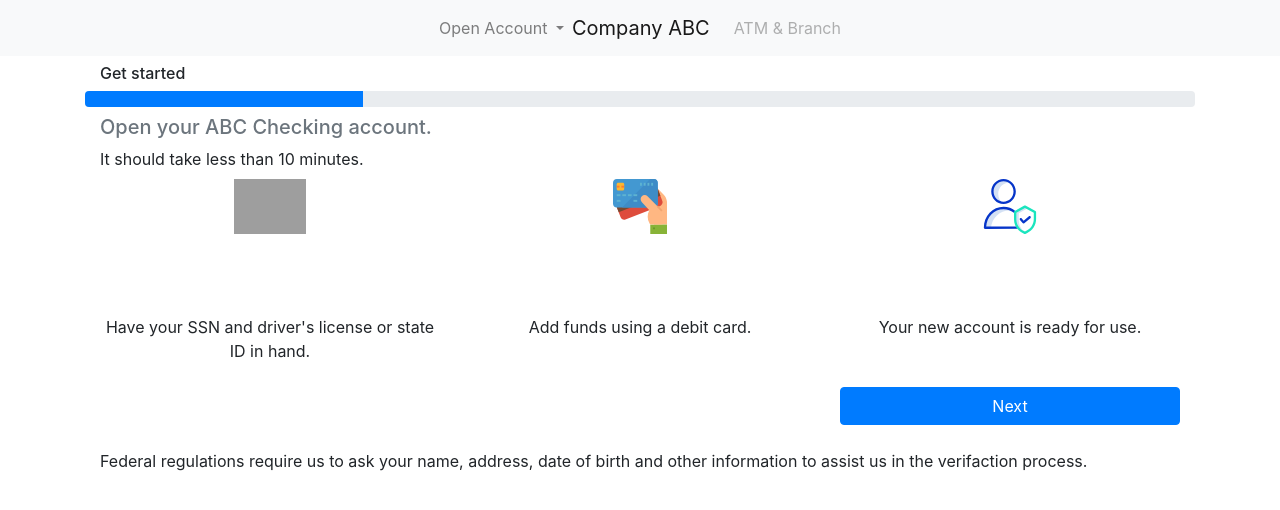
Repository: barriosan95/banking-opening-account-demo
Page: http://localhost/checking/application
The author's editor kept a record of every edit. The page is drawn from the files as they stood at one moment, then again after the next edit.
The browser window is 1280 px wide. The pictures show the whole page.
Pictures or frames that could not be fetched are drawn as grey boxes. Some web fonts or font styles are not loaded; a fallback is used. Some web libraries are served in a nearby version. The page is served by the project's Node server (index.js).

Above is the page before.

### views/checking_app.ejs
<% include ./partials/header %>
    <div class ="container">
        <div class ="container mt-2">
            <h6 class="mb-0"> Get started<h6>
        </div>
        <div class="progress">
            <div class="progress-bar" role="progressbar" style="width: 25%" aria-valuenow="25" aria-valuemin="0" aria-valuemax="100"></div>
        </div>
        <div class ="container mt-2 mb-2 text-muted">
            <h5> Open your ABC Checking account.</h5>
        </div>
        <div class ="container">
            <label> It should take less than 10 minutes.</label>
            <div class ="row">
                <div class ="col-md-4 d-flex flex-column align-items-center">
                    <img class=" app-img img-fluid" src="/icons/identification.svg">
                </div>
                <div class ="col-md-4 d-flex flex-column align-items-center">
                    <img class="app-img img-fluid" src="/icons/debit-card.svg">
                </div>
                <div class ="col-md-4 d-flex flex-column align-items-center">
                    <img class="app-img img-fluid" src="/icons/user.svg">
                </div>
            </div>
            <div class ="row">
                <div class ="col-md-4 text-center">
                    <p>Have your SSN and driver's license or state ID in hand.</p>
                </div>
                <div class ="col-md-4 text-center">
                    <p>Add funds using a debit card. </p>
                </div>
                <div class ="col-md-4 text-center">
                    <p>Your new account is ready for use.</p>
                </div>
            </div>
            <div class ="row">
                <div class="col-md-4 ml-auto">
                    <a href="/checking/application" > <button class="btn btn-primary btn-block mt-2">Next</button></a>
                </div>
            </div>
        </div>
        <div class="container mt-4">
            <p> Federal regulations require us to ask your name, address, date of birth and other information to assist us in the verifaction process.</p>
        </div>
    </div>
<% include ./partials/footer %>

### views/partials/header.ejs
<!DOCTYPE HTML!>
<html>

    <head>


        <!--CDN Bootstrap v4.1.3-->
        <link rel="stylesheet" href="https://stackpath.bootstrapcdn.com/bootstrap/4.1.3/css/bootstrap.min.css">
        <link rel="stylesheet" href="https://cdnjs.cloudflare.com/ajax/libs/font-awesome/4.7.0/css/font-awesome.min.css">

        <!--Ref stylesheets -->
        <link rel= "stylesheet" type="text/css" href="/styles/app.css">


        <!--font -->
        <link href="https://fonts.googleapis.com/css?family=Muli:200,300,400,700,800" rel="stylesheet">


        <!--Will ensure proper responsivness on mobile devices-->
        <meta name="viewport" content="width=device-width, initial-scale=1, shrink-to-fit=no">

        <title> Banking OA Demo </title>

        <meta name="viewport" content="width=device-width, initial-scale=1, maximum-scale=1, user-scalable=no">

    </head>

    <body>

    <!--NAVBAR-->
        <nav class="navbar navbar-expand-lg navbar-light bg-light">
            <button class="navbar-toggler" type="button" data-toggle="collapse" data-target="#navbarNavDropdown" aria-controls="navbarNavDropdown" aria-expanded="false" aria-label="Toggle navigation">
                <span class="navbar-toggler-icon"></span>
            </button>

            <div class="collapse navbar-collapse" id="navbarNavDropdown">
                <ul class="navbar-nav mx-auto">
                    <li class="nav-item dropdown">
                        <a class="nav-link dropdown-toggle" href="#" id="navbarDropdown" role="button" data-toggle="dropdown">
                            Open Account
                        </a>
                        <div class="dropdown-menu" aria-labelledby="navbarDropdown">
                          <a class="dropdown-item" href="/checking">Checking Accounts</a>
                          <div class="dropdown-divider"></div>
                          <a class="dropdown-item" href="/savings">Savings Accounts </a>
                          <div class="dropdown-divider"></div>
                          <a class="dropdown-item" href="#">Money Market Accounts</a>
                          <div class="dropdown-divider"></div>
                          <a class="dropdown-item" href="#">CD and IRA's</a>

                        </div>
                    </li>
                    <a class="navbar-brand" href="/"> Company ABC </a>
                     <li class="nav-item">
                        <a class="nav-link disabled" href="#">ATM & Branch</a>
                     </li>
                </ul>
            </div>
        </nav>

### views/partials/footer.ejs

        <!--Bootstrap js scripts-->
        <script src="https://code.jquery.com/jquery-3.3.1.min.js" integrity="sha256-FgpCb/KJQlLNfOu91ta32o/NMZxltwRo8QtmkMRdAu8="crossorigin="anonymous"></script>
        <script src="https://cdnjs.cloudflare.com/ajax/libs/popper.js/1.12.9/umd/popper.min.js" integrity="sha384-ApNbgh9B+Y1QKtv3Rn7W3mgPxhU9K/ScQsAP7hUibX39j7fakFPskvXusvfa0b4Q" crossorigin="anonymous"></script>
        <script src="https://maxcdn.bootstrapcdn.com/bootstrap/4.0.0/js/bootstrap.min.js" integrity="sha384-JZR6Spejh4U02d8jOt6vLEHfe/JQGiRRSQQxSfFWpi1MquVdAyjUar5+76PVCmYl" crossorigin="anonymous"></script>
        <!--JS SCIPTs -->

        <script src="/js/forms.js"></script>
        <script src="https://cdn.jsdelivr.net/npm/jquerykeyframes@1.0.5/dist/jquery.keyframes.min.js"></script>

    </body>
</html>

### index.js
const express = require('express');


const mainRoutes = require('./routes/main');

//APP CONFIGURATIONS
var app = express();
    app.set('view engine','ejs');
    app.use(express.static("public"));
    app.use(mainRoutes);





app.listen(process.env.PORT,process.env.IP,function(){
    console.log('Server established.');
});

### routes/main.js
const express = require('express');

const router = express.Router();

router.get("/", function(req,res){
    res.render('main');
});

router.get("/checking",function(req,res){
    res.render('checking');
});

router.get("/savings",function(req,res){
    res.render('savings');
});

router.get("/checking/application",function(req,res){
   res.render('checking_app');
});

router.get("/checking/application/customerInfo",function(req,res){
   res.render('info_app');
});


module.exports = router;

### public/styles/app.css
.app-img{
    max-height: 40%;
    max-width: 40%;
}

### public/icons/debit-card.svg
<svg xmlns="http://www.w3.org/2000/svg" height="591pt" version="1.1" viewBox="0 0 591.60405 591" width="591pt">
<g id="surface1">
<path d="M 555.878906 168.519531 L 449.105469 61.542969 L 449.105469 490.230469 L 592 490.230469 L 592 255.378906 C 592 222.769531 578.996094 191.507812 555.878906 168.519531 Z M 555.878906 168.519531 " style=" stroke:none;fill-rule:nonzero;fill:rgb(100%,71.764706%,50.980392%);fill-opacity:1;" />
<path d="M 83.457031 412.117188 L 2.738281 202.570312 C -5.363281 181.535156 5.117188 157.90625 26.164062 149.800781 L 407.15625 3.046875 C 428.191406 -5.054688 451.820312 5.425781 459.921875 26.472656 L 540.640625 236.019531 C 548.742188 257.054688 538.261719 280.683594 517.214844 288.789062 L 136.234375 435.542969 C 115.1875 443.644531 91.570312 433.152344 83.457031 412.117188 Z M 83.457031 412.117188 " style=" stroke:none;fill-rule:nonzero;fill:rgb(87.058824%,29.803922%,23.529412%);fill-opacity:1;" />
<path d="M 489.011719 101.960938 L 32.195312 279.03125 L 62.613281 357.992188 L 519.449219 181.003906 Z M 489.011719 101.960938 " style=" stroke:none;fill-rule:nonzero;fill:rgb(47.843137%,28.627451%,18.823529%);fill-opacity:1;" />
<path d="M 0.00390625 265.679688 L 0.00390625 41.128906 C 0.00390625 18.582031 18.285156 0.300781 40.832031 0.300781 L 449.105469 0.300781 C 471.652344 0.300781 489.933594 18.582031 489.933594 41.128906 L 489.933594 265.679688 C 489.933594 288.226562 471.652344 306.507812 449.105469 306.507812 L 40.832031 306.507812 C 18.285156 306.507812 0.00390625 288.226562 0.00390625 265.679688 Z M 0.00390625 265.679688 " style=" stroke:none;fill-rule:nonzero;fill:rgb(26.27451%,59.607843%,81.960784%);fill-opacity:1;" />
<path d="M 449.105469 0.300781 L 405.726562 0.300781 L 99.519531 306.507812 L 449.105469 306.507812 C 471.652344 306.507812 489.933594 288.226562 489.933594 265.679688 L 489.933594 41.128906 C 489.933594 18.582031 471.652344 0.300781 449.105469 0.300781 Z M 449.105469 0.300781 " style=" stroke:none;fill-rule:nonzero;fill:rgb(24.313725%,54.901961%,78.039216%);fill-opacity:1;" />
<path d="M 40.832031 163.609375 L 81.660156 163.609375 L 81.660156 184.023438 L 40.832031 184.023438 Z M 40.832031 163.609375 " style=" stroke:none;fill-rule:nonzero;fill:rgb(36.862745%,70.196078%,81.960784%);fill-opacity:1;" />
<path d="M 40.832031 224.851562 L 81.660156 224.851562 L 81.660156 245.265625 L 40.832031 245.265625 Z M 40.832031 224.851562 " style=" stroke:none;fill-rule:nonzero;fill:rgb(36.862745%,70.196078%,81.960784%);fill-opacity:1;" />
<path d="M 224.554688 224.851562 L 265.382812 224.851562 L 265.382812 245.265625 L 224.554688 245.265625 Z M 224.554688 224.851562 " style=" stroke:none;fill-rule:nonzero;fill:rgb(36.862745%,70.196078%,81.960784%);fill-opacity:1;" />
<path d="M 102.074219 163.609375 L 142.898438 163.609375 L 142.898438 184.023438 L 102.074219 184.023438 Z M 102.074219 163.609375 " style=" stroke:none;fill-rule:nonzero;fill:rgb(36.862745%,70.196078%,81.960784%);fill-opacity:1;" />
<path d="M 163.3125 163.609375 L 204.140625 163.609375 L 204.140625 184.023438 L 163.3125 184.023438 Z M 163.3125 163.609375 " style=" stroke:none;fill-rule:nonzero;fill:rgb(36.862745%,70.196078%,81.960784%);fill-opacity:1;" />
<path d="M 224.554688 163.609375 L 265.382812 163.609375 L 265.382812 184.023438 L 224.554688 184.023438 Z M 224.554688 163.609375 " style=" stroke:none;fill-rule:nonzero;fill:rgb(36.862745%,70.196078%,81.960784%);fill-opacity:1;" />
<path d="M 418.484375 41.128906 L 438.898438 41.128906 L 438.898438 71.75 L 418.484375 71.75 Z M 418.484375 41.128906 " style=" stroke:none;fill-rule:nonzero;fill:rgb(36.862745%,70.196078%,81.960784%);fill-opacity:1;" />
<path d="M 377.65625 41.128906 L 398.070312 41.128906 L 398.070312 71.75 L 377.65625 71.75 Z M 377.65625 41.128906 " style=" stroke:none;fill-rule:nonzero;fill:rgb(36.862745%,70.196078%,81.960784%);fill-opacity:1;" />
<path d="M 336.828125 41.128906 L 357.242188 41.128906 L 357.242188 71.75 L 336.828125 71.75 Z M 336.828125 41.128906 " style=" stroke:none;fill-rule:nonzero;fill:rgb(36.862745%,70.196078%,81.960784%);fill-opacity:1;" />
<path d="M 296.003906 41.128906 L 316.414062 41.128906 L 316.414062 71.75 L 296.003906 71.75 Z M 296.003906 41.128906 " style=" stroke:none;fill-rule:nonzero;fill:rgb(36.862745%,70.196078%,81.960784%);fill-opacity:1;" />
<path d="M 408.277344 490.230469 L 592 490.230469 L 592 592.296875 L 408.277344 592.296875 Z M 408.277344 490.230469 " style=" stroke:none;fill-rule:nonzero;fill:rgb(53.333333%,70.196078%,21.568627%);fill-opacity:1;" />
<path d="M 378.320312 184.6875 C 361.007812 167.4375 332.992188 167.488281 315.742188 184.800781 C 299.0625 201.539062 298.484375 228.433594 314.425781 245.878906 L 398.070312 337.128906 C 372.929688 381.128906 374.003906 435.386719 400.855469 478.359375 L 408.277344 490.230469 L 540.964844 490.230469 L 540.964844 347.335938 Z M 378.320312 184.6875 " style=" stroke:none;fill-rule:nonzero;fill:rgb(100%,71.764706%,50.980392%);fill-opacity:1;" />
<path d="M 438.898438 520.851562 L 459.3125 520.851562 L 459.3125 541.265625 L 438.898438 541.265625 Z M 438.898438 520.851562 " style=" stroke:none;fill-rule:nonzero;fill:rgb(41.960784%,58.823529%,16.470588%);fill-opacity:1;" />
<path d="M 40.832031 106.453125 L 40.832031 57.460938 C 40.832031 48.4375 48.140625 41.128906 57.164062 41.128906 L 106.15625 41.128906 C 115.179688 41.128906 122.484375 48.4375 122.484375 57.460938 L 122.484375 106.453125 C 122.484375 115.476562 115.179688 122.785156 106.15625 122.785156 L 57.164062 122.785156 C 48.140625 122.785156 40.832031 115.476562 40.832031 106.453125 Z M 40.832031 106.453125 " style=" stroke:none;fill-rule:nonzero;fill:rgb(99.215686%,71.372549%,18.431373%);fill-opacity:1;" />
<path d="M 40.832031 71.75 L 71.453125 71.75 L 71.453125 92.164062 L 40.832031 92.164062 Z M 40.832031 71.75 " style=" stroke:none;fill-rule:nonzero;fill:rgb(99.215686%,48.235294%,18.431373%);fill-opacity:1;" />
<path d="M 91.867188 71.75 L 122.484375 71.75 L 122.484375 92.164062 L 91.867188 92.164062 Z M 91.867188 71.75 " style=" stroke:none;fill-rule:nonzero;fill:rgb(99.215686%,48.235294%,18.431373%);fill-opacity:1;" />
<path d="M 530.757812 347.335938 C 528.054688 347.335938 525.453125 346.261719 523.542969 344.34375 L 482.714844 303.515625 C 478.796875 299.464844 478.910156 293.003906 482.972656 289.082031 C 486.933594 285.265625 493.199219 285.265625 497.148438 289.082031 L 537.976562 329.910156 C 541.957031 333.902344 541.957031 340.363281 537.976562 344.34375 C 536.054688 346.261719 533.464844 347.335938 530.757812 347.335938 Z M 530.757812 347.335938 " style=" stroke:none;fill-rule:nonzero;fill:rgb(94.901961%,64.313725%,43.529412%);fill-opacity:1;" />
</g>
</svg>

### public/icons/user.svg
<svg height="464pt" viewBox="-7 0 464 464.20294" width="464pt" xmlns="http://www.w3.org/2000/svg"><g fill="#d4e1f4"><path d="m300.402344 348.398438v-60l76.898437-42.097657-24-12.800781-83.800781 45.898438v60c.027344 47.632812 28.25 90.734374 71.902344 109.800781l11.597656 5.101562 6.402344-2.800781c-36.511719-21.519531-58.941406-60.71875-59-103.101562zm0 0"/><path d="m123.703125 125.699219c0-52.851563 42.84375-95.699219 95.699219-95.699219 3.097656 0 6.097656.199219 9.097656.398438-32.085938-25.167969-76.59375-27.246094-110.886719-5.171876-34.289062 22.074219-50.832031 63.449219-41.207031 103.078126 9.625 39.628906 43.300781 68.808593 83.894531 72.695312-23.109375-18.152344-36.605469-45.914062-36.597656-75.300781zm0 0"/><path d="m219.300781 265.199219c11.292969-.007813 22.554688 1.164062 33.601563 3.5-25.121094-15.5-54.085938-23.640625-83.601563-23.5-88.097656.199219-159.398437 70.5-159.199219 166.199219l51-.097657c9.101563-85.300781 76.398438-145.902343 158.199219-146.101562zm0 0"/></g><path d="m169.402344 211.398438c58.375 0 105.699218-47.320313 105.699218-105.699219 0-58.375-47.324218-105.699219-105.699218-105.699219s-105.699219 47.324219-105.699219 105.699219c.054687 58.355469 47.34375 105.644531 105.699219 105.699219zm0-191.398438c47.332031 0 85.699218 38.371094 85.699218 85.699219 0 47.332031-38.367187 85.699219-85.699218 85.699219-47.332032 0-85.699219-38.367188-85.699219-85.699219.054687-47.308594 38.390625-85.644531 85.699219-85.699219zm0 0" fill="#0635c9"/><path d="m20.402344 401.300781c2.097656-39.300781 17.398437-75.199219 43.398437-101.902343 27.699219-28.5 65.199219-44.199219 105.5-44.199219h.300781c33.378907-.191407 65.828126 10.988281 92 31.699219 1.5 1.203124 3 2.5 4.5 3.703124l13-15.101562c-1.699218-1.5-3.398437-2.898438-5.101562-4.300781-29.796875-23.699219-66-36.097657-104.699219-36.097657-45.800781.097657-88.300781 17.898438-119.800781 50.296876-32 32.800781-49.5 77.5-49.398438 126 .015626 5.519531 4.484376 9.984374 10 10l281-.5v-20zm0 0" fill="#0635c9"/><path d="m387.5 315.199219-45.199219 36.800781-16.300781-19.101562c-3.589844-4.195313-9.902344-4.6875-14.097656-1.097657-4.199219 3.589844-4.691406 9.902344-1.101563 14.097657l22.699219 26.5c1.910156 2.214843 4.679688 3.492187 7.601562 3.5 2.292969.019531 4.519532-.757813 6.300782-2.199219l52.800781-42.898438c4.289063-3.511719 4.925781-9.832031 1.425781-14.132812-3.5-4.296875-9.816406-4.957031-14.128906-1.46875zm0 0" fill="#0635c9"/><path d="m444.101562 270.5-86.199218-45.898438c-2.96875-1.621093-6.566406-1.582031-9.5.097657l-83.800782 45.902343c-3.207031 1.765626-5.199218 5.136719-5.199218 8.796876v60c.058594 51.585937 30.628906 98.25 77.898437 118.902343l11.601563 5.097657c1.257812.5625 2.625.835937 4 .800781 1.371094-.023438 2.726562-.292969 4-.800781l13.097656-5.699219c48.132812-20.191407 79.4375-67.304688 79.402344-119.5v-58.800781c.003906-3.714844-2.03125-7.132813-5.300782-8.898438zm-14.699218 67.699219c.019531 44.191406-26.523438 84.066406-67.300782 101.101562h-.101562l-9.097656 3.898438-7.601563-3.300781c-39.992187-17.472657-65.855469-56.953126-65.898437-100.597657v-54.101562l73.898437-40.5 76.101563 40.601562zm0 0" fill="#1ae5be"/></svg>

Loaded but not shown: public/js/forms.js (no copy from this time; the picture is the same without it)

After the next edit:
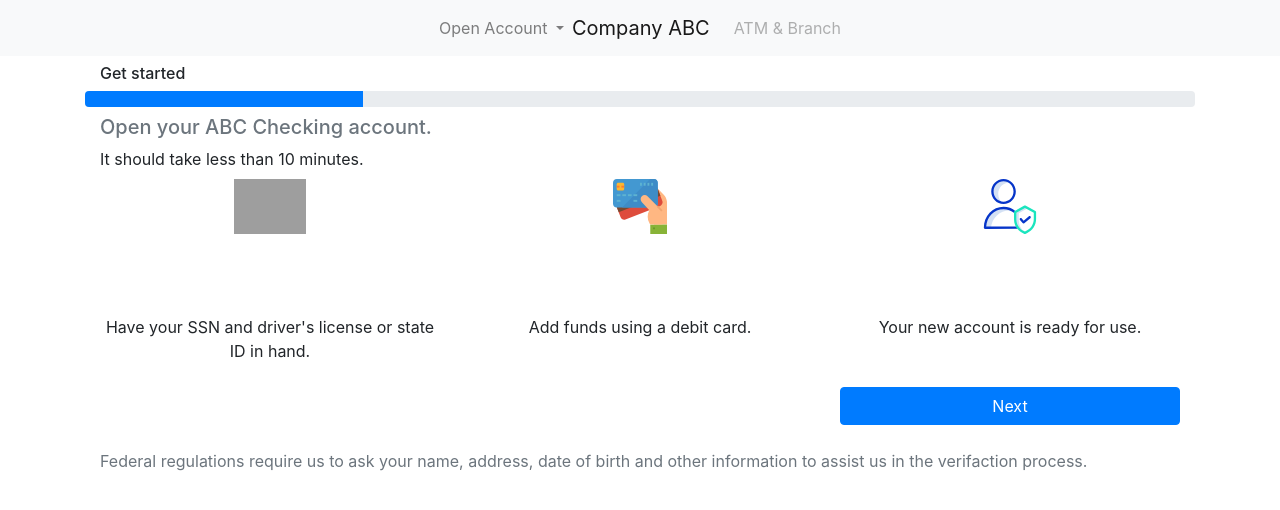
The edit:
--- a/views/checking_app.ejs
+++ b/views/checking_app.ejs
@@ -40,7 +40,7 @@
             </div>
         </div>
         <div class="container mt-4">
-            <p> Federal regulations require us to ask your name, address, date of birth and other information to assist us in the verifaction process.</p>
+            <p class="text-muted"> Federal regulations require us to ask your name, address, date of birth and other information to assist us in the verifaction process.</p>
         </div>
     </div>
 <% include ./partials/footer %>
